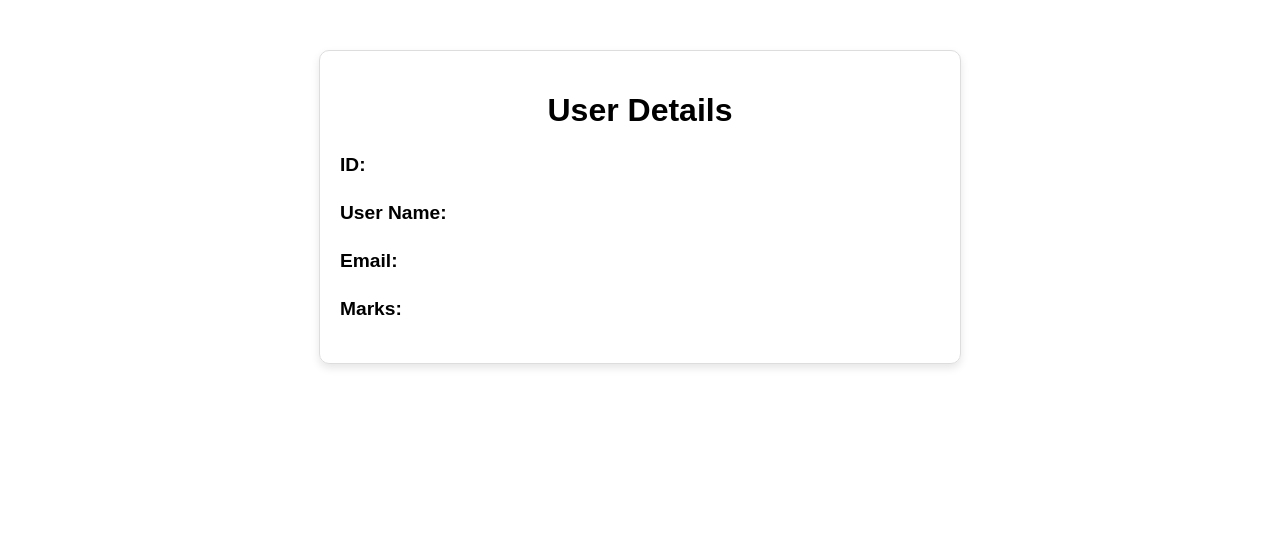
Repository: chetanchavan30/Optifyx
Page: http://localhost/OnlineExaminationSystem/view.jsp
These files come from the project's save history. The page is drawn as it stood at one moment and after the next save; the edit follows.
The browser window is 1280 px wide. The pictures show the whole page.
The page is served by Tomcat 10. Other server files are loaded and not shown.

Above is the page before, as saved 2025-01-25 19:24:43.

### OnlineExaminationSystem/src/main/webapp/view.jsp
<!DOCTYPE html>
<html lang="en">
<head>
    <meta charset="UTF-8">
    <meta name="viewport" content="width=device-width, initial-scale=1.0">
    <title>User Details</title>
    <style>
        .container-details {
            max-width: 600px;
            margin: 50px auto;
            padding: 20px;
            border: 1px solid #ddd;
            border-radius: 10px;
            box-shadow: 0 4px 8px rgba(0, 0, 0, 0.1);
            font-family: Arial, sans-serif;
        }
        .container-details h1 {
            text-align: center;
        }
        .user-details {
            margin-top: 20px;
        }
        .user-details p {
            font-size: 1.2rem;
            line-height: 1.5;
        }
    </style>
</head>
<body>
    <div class="container-details">
        <h1>User Details</h1>
        <div class="user-details">
            <p><strong>ID:</strong> ${user.uId}</p>
            <p><strong>User Name:</strong> ${user.userName}</p>
            <p><strong>Email:</strong> ${user.email}</p>
            <p><strong>Marks:</strong> ${user.marks}</p>
        </div>
    </div>
</body>
</html>

### OnlineExaminationSystem/src/main/webapp/styles.css
@charset "UTF-8";
/* General Styles */
body {
	font-family: Arial, sans-serif;
	background-color: #f4f4f4;
	display: flex;
	justify-content: center;
	align-items: center;
	height: 100vh;
	margin: 0;
}

.form-container {
	background-color: #fff;
	padding: 30px;
	border-radius: 8px;
	box-shadow: 0 4px 8px rgba(0, 0, 0, 0.1);
	width: 300px;
}

.form-container h2 {
	text-align: center;
	margin-bottom: 20px;
}

.form-container input {
	width: 100%;
	padding: 10px;
	margin: 10px 0;
	border: 1px solid #ccc;
	border-radius: 5px;
}

.form-container button {
	width: 100%;
	padding: 10px;
	background-color: #4CAF50;
	color: white;
	border: none;
	border-radius: 5px;
	cursor: pointer;
}

.form-container button:hover {
	background-color: #45a049;
}

.form-container .links {
	text-align: center;
	margin-top: 10px;
}

.form-container .links a {
	color: #4CAF50;
	text-decoration: none;
}

.form-container .links a:hover {
	text-decoration: underline;
}

.container {
	text-align: center;
	background: white;
	padding: 2rem;
	border-radius: 10px;
	box-shadow: 0 4px 8px rgba(0, 0, 0, 0.1);
}

.container h1 {
	margin-bottom: 1.5rem;
}

.link-button {
	display: inline-block;
	margin: 0.5rem;
	padding: 0.75rem 1.5rem;
	font-size: 1rem;
	color: white;
	background-color: #4CAF50;
	text-decoration: none;
	border-radius: 5px;
	transition: background-color 0.3s;
}

.link-button:hover {
	background-color: #45a049;
}

.container-details {
	max-width: 600px;
	margin: 50px auto;
	padding: 20px;
	border: 1px solid #ddd;
	border-radius: 10px;
	box-shadow: 0 4px 8px rgba(0, 0, 0, 0.1);
	font-family: Arial, sans-serif;
}

.container-details h1 {
	text-align: center;
}

.user-details {
	margin-top: 20px;
}

.user-details p {
	font-size: 1.2rem;
	line-height: 1.5;
}

After the next save:
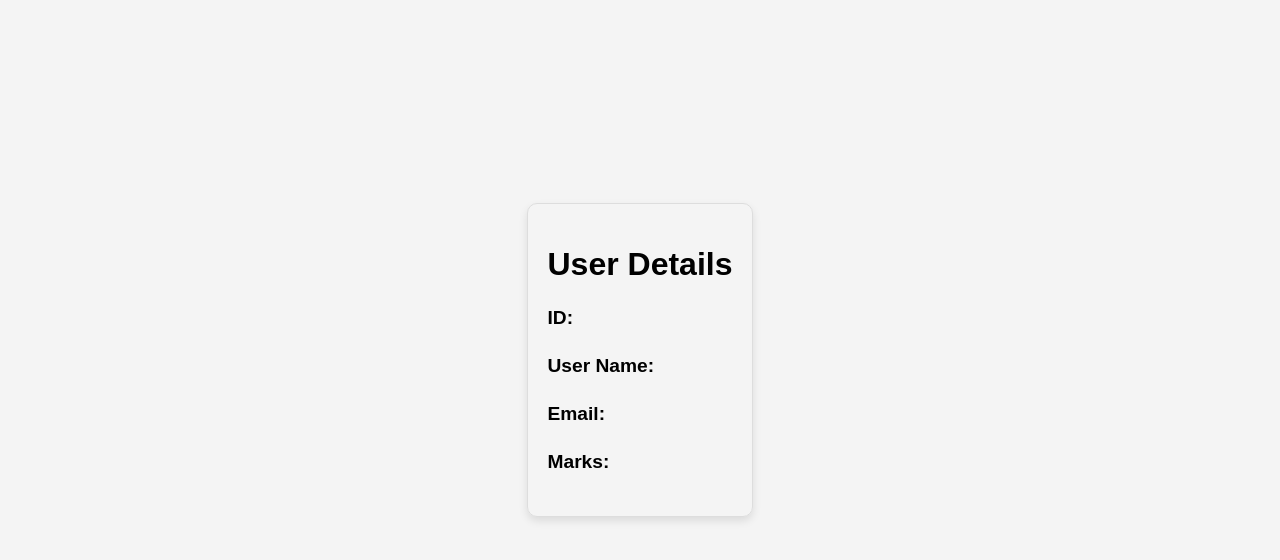
Saved 17 s later.
--- a/OnlineExaminationSystem/src/main/webapp/view.jsp
+++ b/OnlineExaminationSystem/src/main/webapp/view.jsp
@@ -4,27 +4,8 @@
     <meta charset="UTF-8">
     <meta name="viewport" content="width=device-width, initial-scale=1.0">
     <title>User Details</title>
-    <style>
-        .container-details {
-            max-width: 600px;
-            margin: 50px auto;
-            padding: 20px;
-            border: 1px solid #ddd;
-            border-radius: 10px;
-            box-shadow: 0 4px 8px rgba(0, 0, 0, 0.1);
-            font-family: Arial, sans-serif;
-        }
-        .container-details h1 {
-            text-align: center;
-        }
-        .user-details {
-            margin-top: 20px;
-        }
-        .user-details p {
-            font-size: 1.2rem;
-            line-height: 1.5;
-        }
-    </style>
+        <link rel="stylesheet" href="styles.css">
+
 </head>
 <body>
     <div class="container-details">

After the 2 saves that followed:
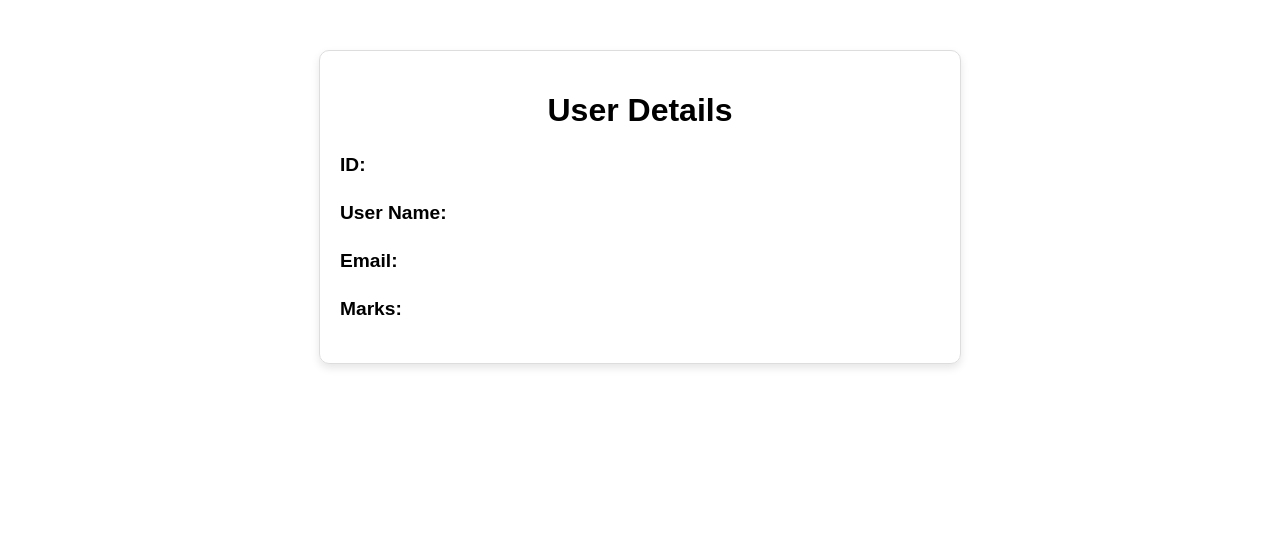
The 2 saves are shown as one change because 1 left the picture as it was.
The last was saved 24 s later.
--- a/OnlineExaminationSystem/src/main/webapp/view.jsp
+++ b/OnlineExaminationSystem/src/main/webapp/view.jsp
@@ -4,8 +4,27 @@
     <meta charset="UTF-8">
     <meta name="viewport" content="width=device-width, initial-scale=1.0">
     <title>User Details</title>
-        <link rel="stylesheet" href="styles.css">
-
+    <style>
+        .container-details {
+            max-width: 600px;
+            margin: 50px auto;
+            padding: 20px;
+            border: 1px solid #ddd;
+            border-radius: 10px;
+            box-shadow: 0 4px 8px rgba(0, 0, 0, 0.1);
+            font-family: Arial, sans-serif;
+        }
+        .container-details h1 {
+            text-align: center;
+        }
+        .user-details {
+            margin-top: 20px;
+        }
+        .user-details p {
+            font-size: 1.2rem;
+            line-height: 1.5;
+        }
+    </style>
 </head>
 <body>
     <div class="container-details">
